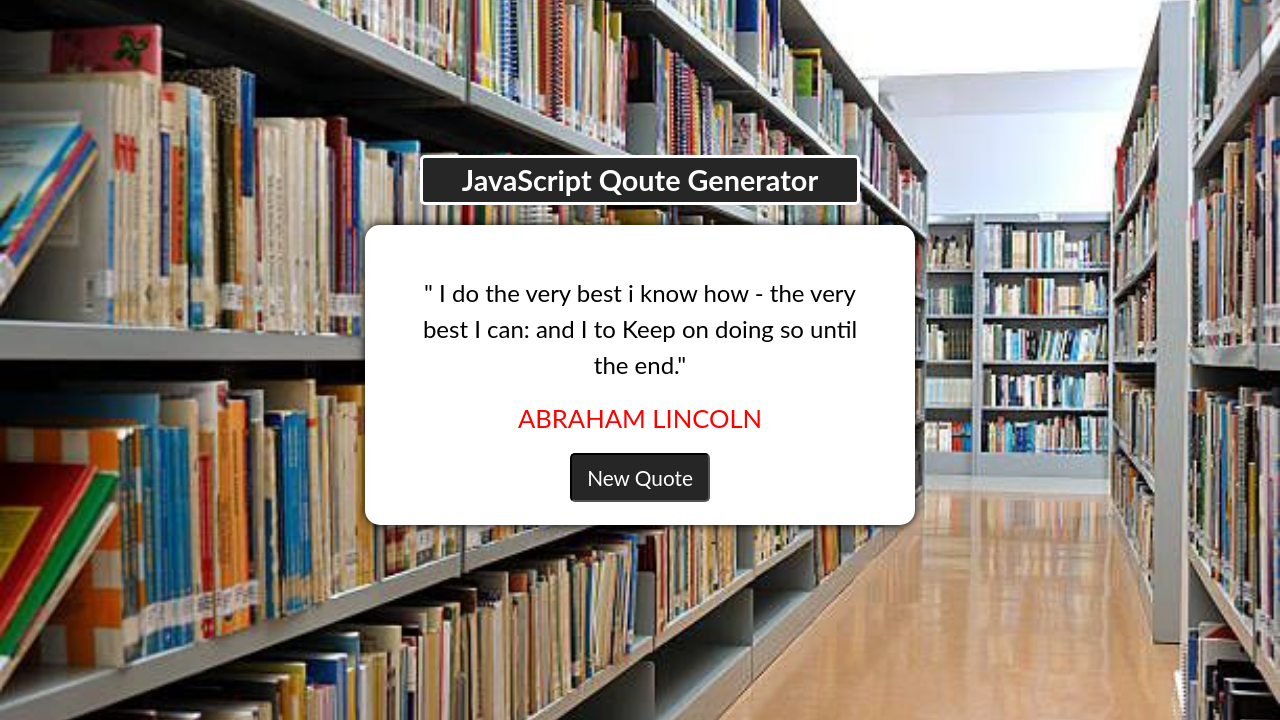
Repository: wakoya-tech/react-project
Page: Desktop/shaakala/pro/index.html
These files come from the project's save history. The page is drawn as it stood at one moment and after the next save; the edit follows.
The browser window is 1280 px wide. The pictures show the whole page.
The first visible `.button-area button` is being pressed.
Some web libraries are served in a nearby version.

Above is the page before, as saved 2025-08-30 14:31:57.

### Desktop/shaakala/pro/index.html

<!DOCTYPE html>
<html lang="en">
<head>
    <meta charset="UTF-8">
    <meta name="viewport" content="width=device-width, initial-scale=1.0">
    <title>Dom 2</title>
    <link rel="stylesheet" href="../pro/style.css">
    <link rel="preconnect" href="https://fonts.googleapis.com">
    <link rel="preconnect" href="https://fonts.gstatic.com" crossorigin>
    <link href="https://fonts.googleapis.com/css2?family=Roboto&display=swap" rel="stylesheet">
    <link rel="stylesheet"
          href="https://cdnjs.cloudflare.com/ajax/libs/font-awesome/6.1.1/css/all.min.css"
          integrity="sha512-kfkfwYDsLKIlwQp6LFn18zNdLGxu9YAAlQvwINks4PhcElQ5vqcyVLLD9aMhXd13uQjoXtENosOWaZqXgol0g=="
          crossorigin="anonymous"
          referrerpolicy="no-referrer" />
</head>
<body>
    <div class="container">
        <div class="header">
            <h2> JavaScript Qoute Generator</h2>
        </div>
        <div class="main-content">
            <div class="text-area">
                <span class="qoute">
" I do the very best i know how - the very best I can: and I
to Keep on doing so until the end."
                </span>
            </div>
            <div class="person">Abraham Lincoln</div>
         <div class="button-area">
            <button id="new-quote">New Quote</button>
         </div>
        </div>
    </div>
    <script src="../pro/script.js"></script>
</body>
</html>

### Desktop/shaakala/pro/style.css
*{
    margin: 0;
    padding: 0;
    box-sizing: border-box;
    font-family: 'Lato', sans-serif;

}
body {
    display: flex;
    justify-content: center;
    align-items: center;
    height: 100vh;
    text-align: center;
    background: url(../img/img.jpg) no-repeat center center/ cover;
}
.container {
    width: 550px;
    height: 450px;
}
.header {
    font-size: 1.2rem;
    border: solid white;
    color: white;
    background-color: #262626;
    padding: 5px;
    width: 80%;
    margin: 20px auto;
    border-radius: 5px;
}
.main-content {
    width: 100%;
    height: 300px;
    background-color: #fff;
    border-radius: 15px;
    padding: 50px 40px;
    box-shadow: 0 0 10px;
}
.main-content .text-area {
    font-size: 1.5rem;
    line-height: 1.5;
}
.main-content .person {
    font-size: 1.6rem;
    color: red;
    text-transform: uppercase;
    margin-top: 20px;
}
.button-area button{
    background-color: #262626;
    color: #fff;
    font-size: 1.3rem;
    padding: 10px 15px;
    margin-top: 20px;
    border-radius: 5px;
}

Loaded but not shown: Desktop/shaakala/pro/script.js (no stored copy; drawn as an empty file)

After the next save:
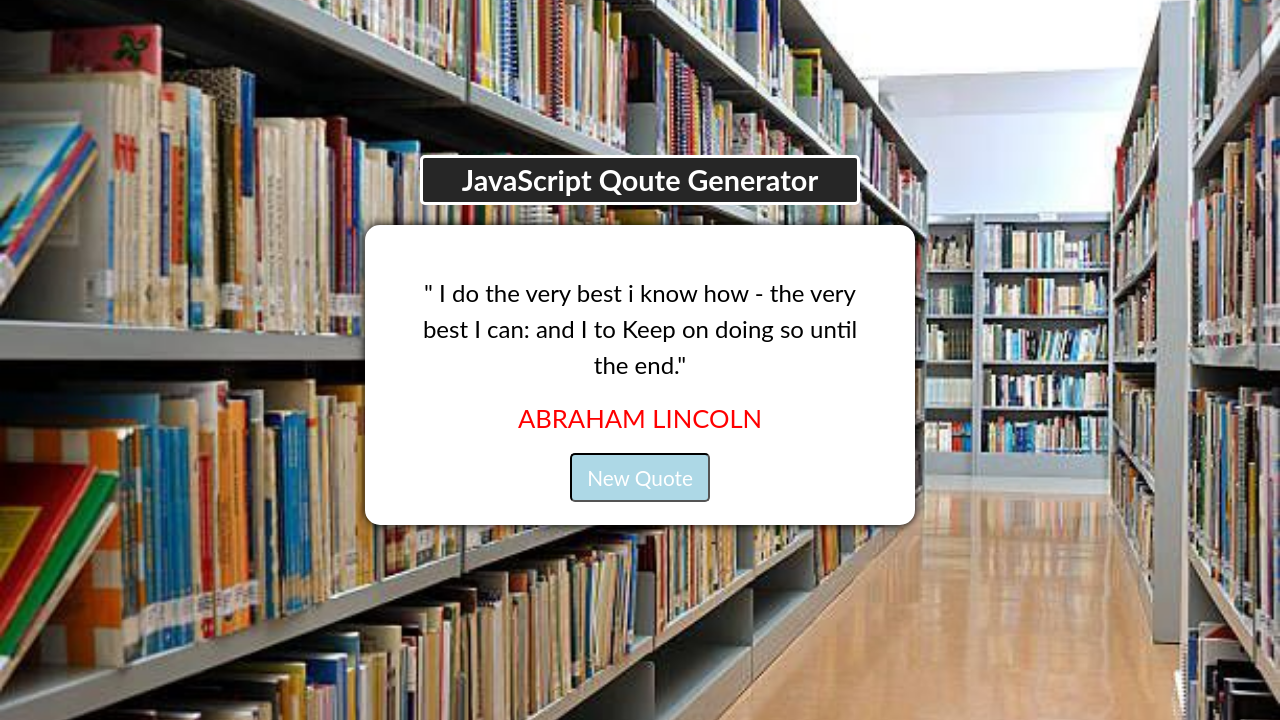
Saved 2 min 6 s later.
--- a/Desktop/shaakala/pro/style.css
+++ b/Desktop/shaakala/pro/style.css
@@ -53,3 +53,6 @@ body {
     margin-top: 20px;
     border-radius: 5px;
 }
+.button-area button:active {
+    background-color: lightblue;
+}
